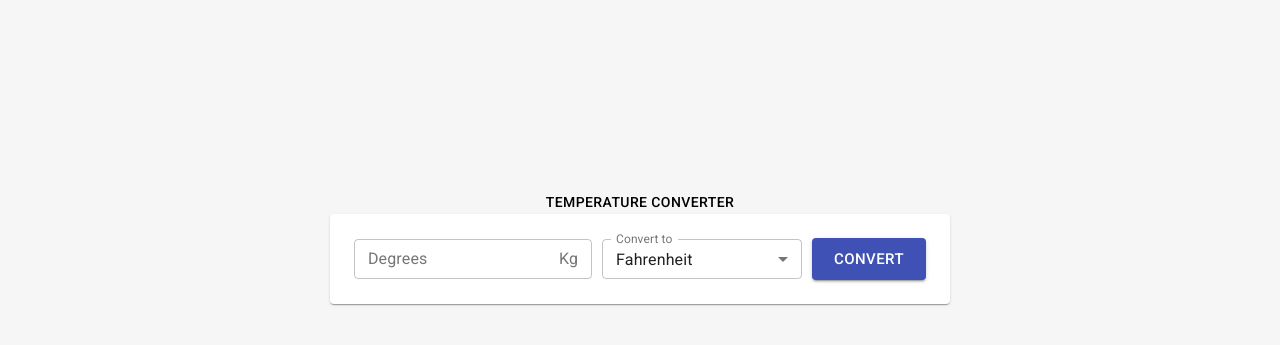
Repository: zum281/temperature-converter
Page: /
These files come from the project's save history. The page is drawn as it stood at one moment and after the next save; the edit follows.
The browser window is 1280 px wide. The pictures show the whole page.
The project was rebuilt for these pictures with package versions that can differ from the ones it lists, and the page was loaded fresh each time. Also part of the build but not shown: src/components/Result.js.

Above is the page before, as saved 2021-07-09 14:53:51.

After the next save:
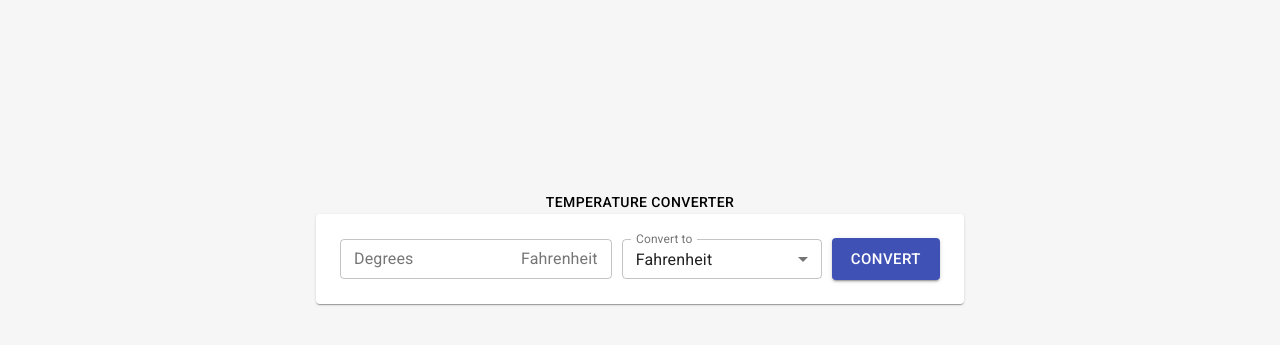
Saved 17 s later.
--- a/src/components/Calculator.js
+++ b/src/components/Calculator.js
@@ -39,7 +39,7 @@ const Calculator = () => {
     });
     const inputNumberProps = {
         step: 0.01,
-        endAdornment: <InputAdornment position="end">Kg</InputAdornment>,
+        endAdornment: <InputAdornment position="end">{type}</InputAdornment>,
     };
 
     const handleClick = () => {
